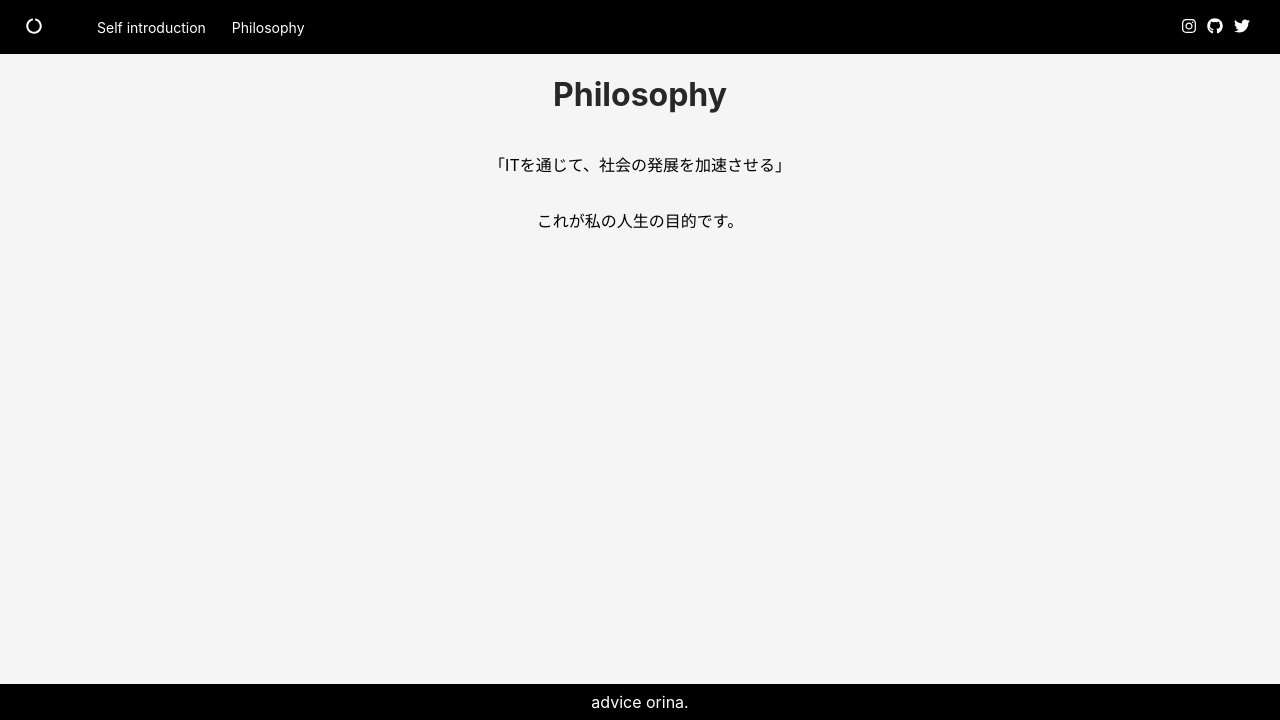
Repository: Rujuu-prog/react-mysite
Page: /philosophy
These files come from the project's save history. The page is drawn as it stood at one moment and after the next save; the edit follows.
The browser window is 1280 px wide. The pictures show the whole page.
The project was rebuilt for these pictures with package versions that can differ from the ones it lists, and the page was loaded fresh each time. Also part of the build but not shown: src/components/pages/SelfIntroduction.tsx, src/components/pages/Top.tsx.

Above is the page before, as saved 2021-05-13 01:40:17.

### src/App.tsx
import { Router } from "./router/Router";
import './App.css';



export default function App() {
  return (
    <div className="App" >
      <Router />
    </div>
  );
}

### src/router/Router.tsx
import React from "react";
import { BrowserRouter, Route, Switch } from "react-router-dom";
import { Philosophy } from "../components/pages/Philosophy";
import { SelfIntroduction } from "../components/pages/SelfIntroduction";
import { Top } from "../components/pages/Top";
import { DefaultLayout } from "../components/templates/DefaultLayout";

export const Router:React.FC = () => {
    return(
        <BrowserRouter>
            <Switch>
                <Route exact path="/">
                <DefaultLayout>
                    <Top />
                </DefaultLayout>
                </Route>
                <Route exact path="/selfintroduction">
                <DefaultLayout>
                    <SelfIntroduction/>
                </DefaultLayout>
                </Route>
                <Route path="/philosophy">
                <DefaultLayout>
                    <Philosophy />
                </DefaultLayout>
                </Route>
            </Switch>
        </BrowserRouter>
    );
}

### src/components/pages/Philosophy.tsx
import React from "react";
import styled from "styled-components";
import { DefaultLayout } from "../templates/DefaultLayout";
import me from '../atoms/img/me.svg'

export const Philosophy:React.FC = () => {
    return(
        <SMainContainer>
            <h1>Philosophy</h1>
            <p>「ITを通じて、社会の発展を加速させる」</p>
            <p>これが私の人生の目的です。</p>
        </SMainContainer>

    );
};

const SMainContainer = styled.div`
    display: flex;
    flex-direction: column;
    justify-content: flex-start;
    align-items: center;
    background-color: #f5f5f5;
    height: 90vh;
    h1 {
        color: #282828;
    }
`;

### src/components/templates/DefaultLayout.tsx
import React from "react";
import styled from "styled-components";

import { FooterOnly } from "./FooterOnly";
import { HeaderOnly } from "./HeaderOnly";

type Props = {
    children?: React.ReactNode;
};

export const DefaultLayout: React.FC<Props> = ({children}) => {
    return (
    <SContainer>
        <HeaderOnly/>
        {children}
        <FooterOnly/>
    </SContainer>
    );
};

const SContainer = styled.div`
    min-height: 100vh;
    position: relative;
    box-sizing: border-box;
`;

### src/components/templates/FooterOnly.tsx
import React from "react";
import { Link } from "react-router-dom";
import styled from "styled-components";

import { Footer } from "../atoms/layout/Footer";


export const FooterOnly: React.FC = () => {
    return (
    <>
        <Footer />
    </>
    );
};


// const SLink = styled(Link)`
//     margin: 0 8px;
// `;

### src/components/templates/HeaderOnly.tsx
import React from "react";
import { Link } from "react-router-dom";
import styled from "styled-components";

import { Header } from "../atoms/layout/Header";
import { SecondaryButton } from "../atoms/button/SecondaryButton"
import { IconList } from "../molecules/IconList";
import { SiteIcon } from "../atoms/icon/SiteIcon";
import { NaviBar } from "../atoms/layout/NaviBar";

type Props = {
    children?: React.ReactNode;
};

export const HeaderOnly: React.FC<Props> = ({children}) => {
    return (
    <>
        <Header>
            <SiteIcon/>
            <NaviBar/>
        </Header>
        {children}
    </>
    );
};


// const SLink = styled(Link)`
//     margin: 0 8px;
// `;

### src/components/atoms/layout/Footer.tsx
import React from "react";
import styled from "styled-components";

export const Footer:React.FC = () => {
    return <SFooter><Sp>advice orina.</Sp></SFooter>;
};

const SFooter = styled.footer`
    background-color: black;
    color: #fff;
    text-align: center;
    padding: 8px 0;
    position: absolute;
    bottom: 0;
    width: 100%;
`;

const Sp = styled.p`
    margin: 0;
`;

### src/components/atoms/layout/Header.tsx
import React from "react";
import styled from "styled-components";

import { PrimaryButton } from '../button/PrimaryButton'

type Props = {
    children?: React.ReactNode;
}

export const Header: React.FC<Props> = ({children}) => {
    return (<SHeader>{children}</SHeader>);
};

const SHeader = styled.header`
    display: flex;
    align-items: center;
    height: 10%;
    background-color: black;
    color: #fff;
    padding: 16px 24px;
`;

### src/components/atoms/icon/SiteIcon.tsx
import { faCircleNotch } from "@fortawesome/free-solid-svg-icons";
import { FontAwesomeIcon } from "@fortawesome/react-fontawesome";
import styled from "styled-components";
import { Link } from "react-router-dom";

const IconStyle = {
    padding:"2",
    fontsize:"50"
}

export const SiteIcon:React.FC = () => {
    return(<SLink to="/"><FontAwesomeIcon style={IconStyle} icon={faCircleNotch}></FontAwesomeIcon></SLink>);
}

const SLink = styled(Link)`
    text-decoration: none;
    color: #fff;
`;

### src/components/atoms/layout/NaviBar.tsx
import React from "react";
import { Link } from "react-router-dom";
import styled from "styled-components";

import { SecondaryButton } from "../button/SecondaryButton"
import { IconList } from "../../molecules/IconList";

type Props = {
    children?: React.ReactNode;
};

export const NaviBar: React.FC<Props> = ({children}) => {
    return (
    <>
        <SNavi>
            <li><SLink to="/selfintroduction"><SecondaryButton>Self introduction</SecondaryButton></SLink></li>
            <Slist><SLink to="/philosophy"><SecondaryButton>Philosophy</SecondaryButton></SLink></Slist>
            <li><IconList/></li>
        </SNavi>
        {children}
    </>
    );
};


const SNavi = styled.ul`
    display: flex;
    // justify-content: space-between;
    align-items: center;
    width: 100%;
    margin: 0;
    background-color: black;
    list-style: none;
    color: #fff;
    text-align: center;
`;

const Slist = styled.li`
    margin-right: auto;
`;

const SLink = styled(Link)`
    margin: 0 8px;
    text-decoration: none;
`;

### src/components/atoms/button/SecondaryButton.tsx
import styled from "styled-components";

export const SecondaryButton = (props:any) => {
    const { children } = props;
    return <SButton>{children}</SButton>;
};

const SButton = styled.a`
    color: #fff;
    width: 10%;
    font-size: 14px;
    padding: 5px;
`;

### src/components/molecules/IconList.tsx
import React from "react";
import styled from "styled-components";
import { Github } from "../atoms/icon/Github";
import { Instagram } from "../atoms/icon/Instagram";
import { Twitter } from "../atoms/icon/Twitter";

export const IconList:React.FC = () => {
    return(
        <SIconContainer>
            <Instagram/>
            <Github/>
            <Twitter/>
        </SIconContainer>
    );
};

const SIconContainer = styled.div`
    display: flex;
    align-items: center;
    justify-content: space-around;
    width: 80px;
`;

### src/components/atoms/icon/Github.tsx
import { faGithub } from "@fortawesome/free-brands-svg-icons";
import { FontAwesomeIcon } from "@fortawesome/react-fontawesome"
import styled from "styled-components";


const IconStyle = {
    padding:"2",
    fontsize:"50",
}

export const Github:React.FC = () => {
    return(<SButton href='https://github.com/Rujuu-prog'><FontAwesomeIcon style={IconStyle} icon={faGithub}></FontAwesomeIcon></SButton>);
}

const SButton = styled.a`
    text-decoration: none;
    color: #fff;
`;

### src/components/atoms/icon/Instagram.tsx
import { faInstagram } from "@fortawesome/free-brands-svg-icons";
import { FontAwesomeIcon } from "@fortawesome/react-fontawesome";
import styled from "styled-components";

const IconStyle = {
    padding:"2",
    fontsize:"50"
}

export const Instagram:React.FC = () => {
    return(<SButton href='https://www.instagram.com/rujuuuuuu/'><FontAwesomeIcon style={IconStyle} icon={faInstagram}></FontAwesomeIcon></SButton>);
}

const SButton = styled.a`
    text-decoration: none;
    color: #fff;
`;

### src/components/atoms/icon/Twitter.tsx
import { faInstagram, faTwitter } from "@fortawesome/free-brands-svg-icons";
import { FontAwesomeIcon } from "@fortawesome/react-fontawesome"
import styled from "styled-components";

const IconStyle = {
    padding:"2",
    fontsize:"50"
}

export const Twitter:React.FC = () => {
    return(<SButton href='https://twitter.com/Rujuu2118'><FontAwesomeIcon style={IconStyle} icon={faTwitter}></FontAwesomeIcon></SButton>);
}

const SButton = styled.a`
    text-decoration: none;
    color: #fff;
`;

Loaded but not shown: public/index.html (common file); src/index.tsx (common file); src/index.css (common file); src/reportWebVitals.ts (common file); src/App.css (common file)

After the next save:
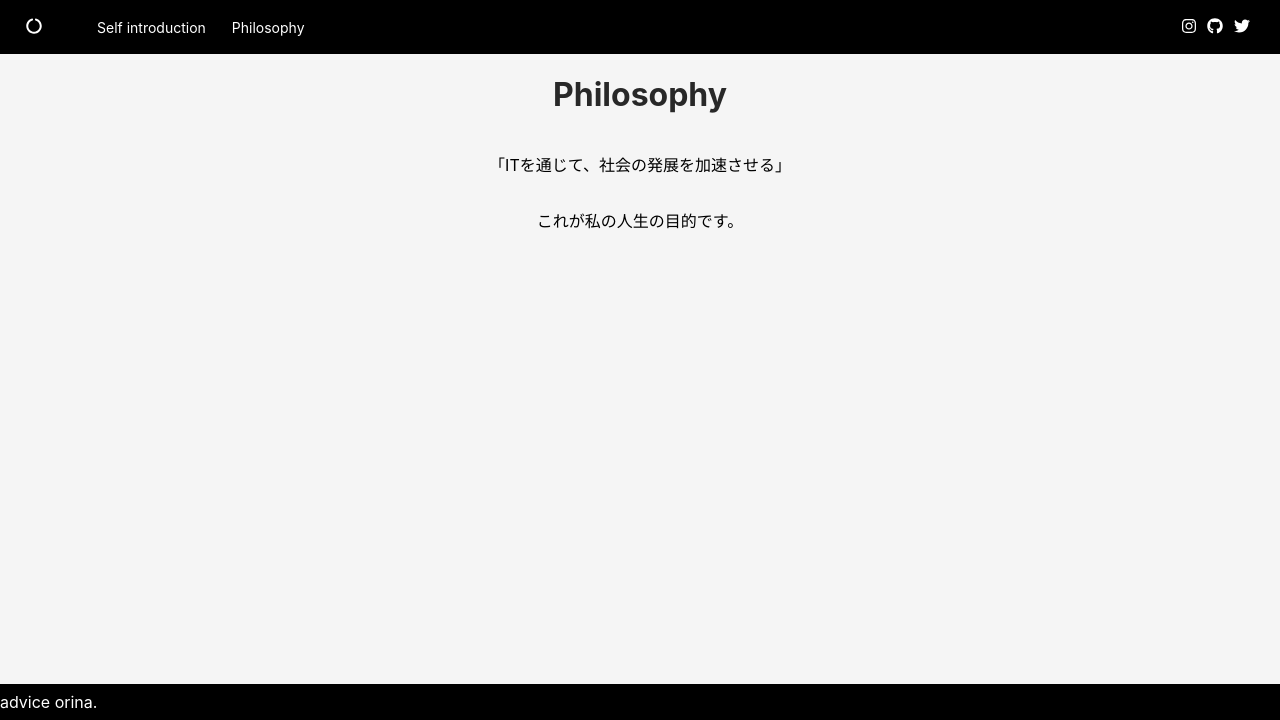
Saved 82 s later.
--- a/src/components/atoms/layout/Footer.tsx
+++ b/src/components/atoms/layout/Footer.tsx
@@ -16,5 +16,7 @@ const SFooter = styled.footer`
 `;
 
 const Sp = styled.p`
+    display: flex;
+    justify-content: end-flex;
     margin: 0;
 `;
